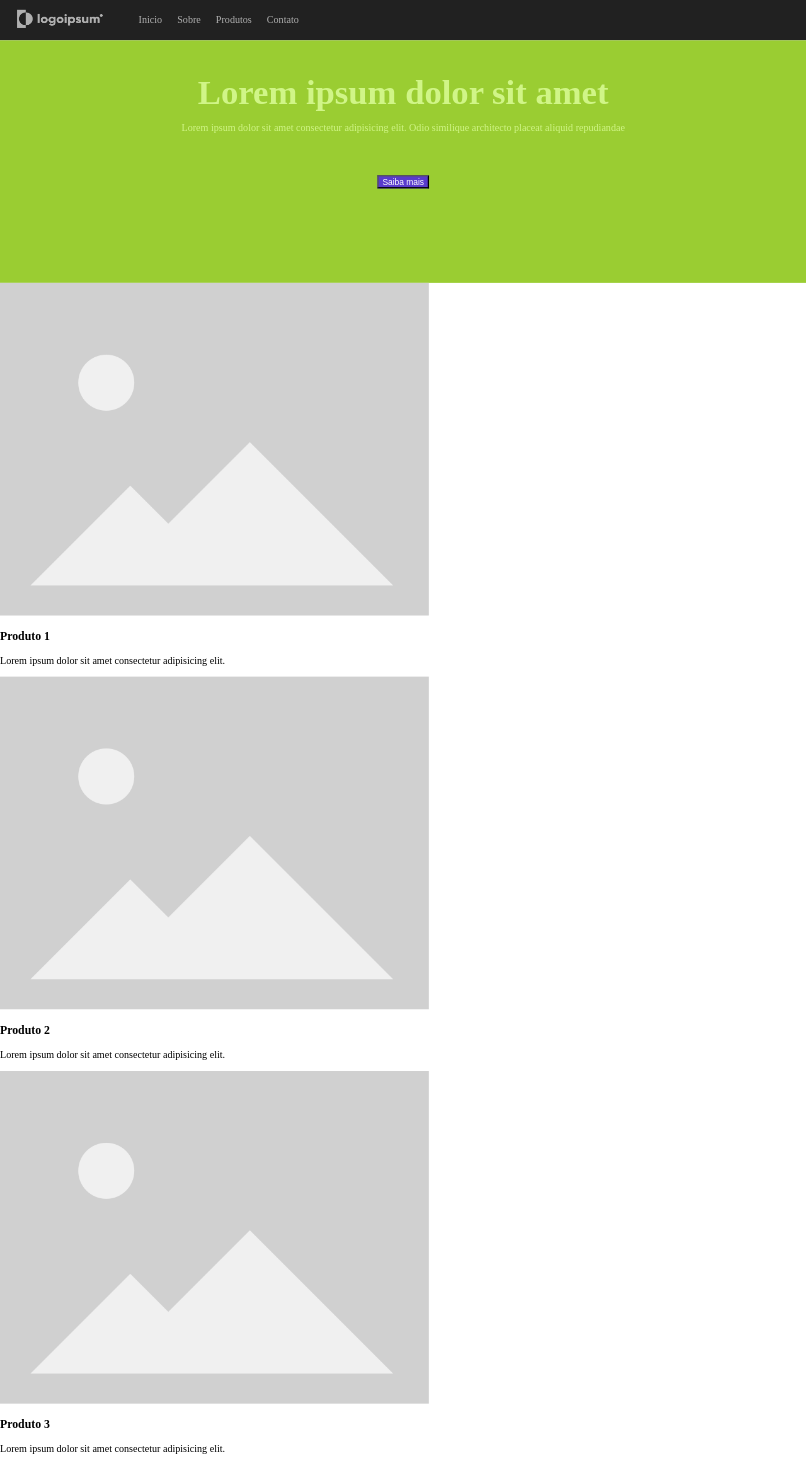
Repository: Carolden/SiteCrie_Ti
Page: index.html
The author's editor kept a copy of each file at every save. The page is drawn from the files as they stood at one save, then again after the next save.
The browser window is 1280 px wide. The pictures show the whole page, at 63% of full size.

Above is the page before, as saved 2023-04-23 20:49:16.

### index.html
<!DOCTYPE html>
<html lang="pt-BR">
<head>
    <meta charset="UTF-8">
    <meta http-equiv="X-UA-Compatible" content="IE=edge">
    <meta name="viewport" content="width=device-width, initial-scale=1.0">
    <title>Document</title>
    <link rel="stylesheet" type="text/css" href="index.css" media="screen" />
</head>
<body>

    <header>
        <div>
            <img src="images/logo.png" alt="logo" class="logo">
        </div>
        <nav>
            <a href="inicio">Inicio</a>
            <a href="sobre">Sobre</a>
            <a href="produtos">Produtos</a>
            <a href="contato">Contato</a>
        </nav>
    </header>

    <main>

    <section class="banner">
        <h1>Lorem ipsum dolor sit amet</h1>
        <p>Lorem ipsum dolor sit amet consectetur adipisicing elit. Odio similique architecto placeat aliquid repudiandae</p>
        <button>Saiba mais</button>
    </section>

    <section>
        <div>
            <div>
                <img src="images/placeholder.png" alt="imagem1">
                <h3>Produto 1</h3>
                <p>Lorem ipsum dolor sit amet consectetur adipisicing elit.</p>
            </div>

            <div>
                <img src="images/placeholder.png" alt="imagem2">
                <h3>Produto 2</h3>
                <p>Lorem ipsum dolor sit amet consectetur adipisicing elit.</p>
            </div>

            <div>
                <img src="images/placeholder.png" alt="imagem3">
                <h3>Produto 3</h3>
                <p>Lorem ipsum dolor sit amet consectetur adipisicing elit.</p>
            </div>
        </div>
    </section>


    </main>





</body>
</html>

### index.css
body {
    border: 0;
    margin: 0;
    padding: 0;
}


header {
    background-color: #212121;
    display: flex;
    align-items: center;
    width: 100%;
    top: 0;
    padding-left: 20px;
    padding-right: 20px;
    box-sizing: border-box;
}

header nav a {
    color: #B0B0B0;
    text-decoration: none;
    padding: 10px;

}

.logo {
    width: 150px;
    height: 60px;
    padding-right: 40px;
}

.banner {
    background-color: #9ACD32;
    color: #d0f587;
    text-align: center;
    padding-top: 5px;
    padding-bottom: 150px;

}

button {
    background-color: #593BCC;
    color: #ffffff;
    text-align: center;
    padding-bottom: -15px;
}

.banner h1 {
    font-size: 55px;
    margin-bottom: -30px;
}

.banner p {
    padding-bottom: 50px;
    padding-top: 30px
}

After the next save:
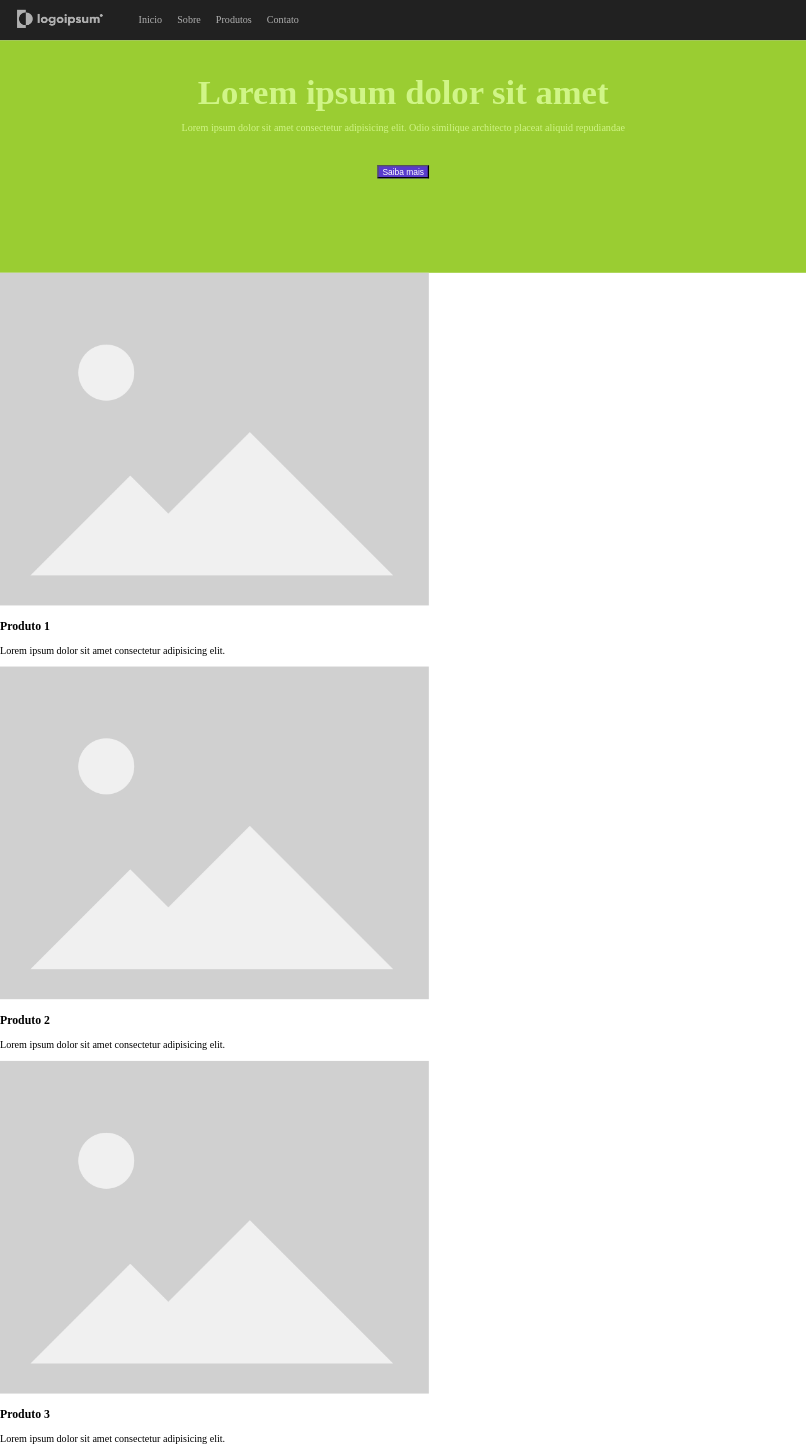
Saved 47 s later.
--- a/index.css
+++ b/index.css
@@ -42,7 +42,6 @@ button {
     background-color: #593BCC;
     color: #ffffff;
     text-align: center;
-    padding-bottom: -15px;
 }
 
 .banner h1 {
@@ -52,5 +51,6 @@ button {
 
 .banner p {
     padding-bottom: 50px;
-    padding-top: 30px
+    padding-top: 30px;
+    margin-bottom: 0px;
 }
